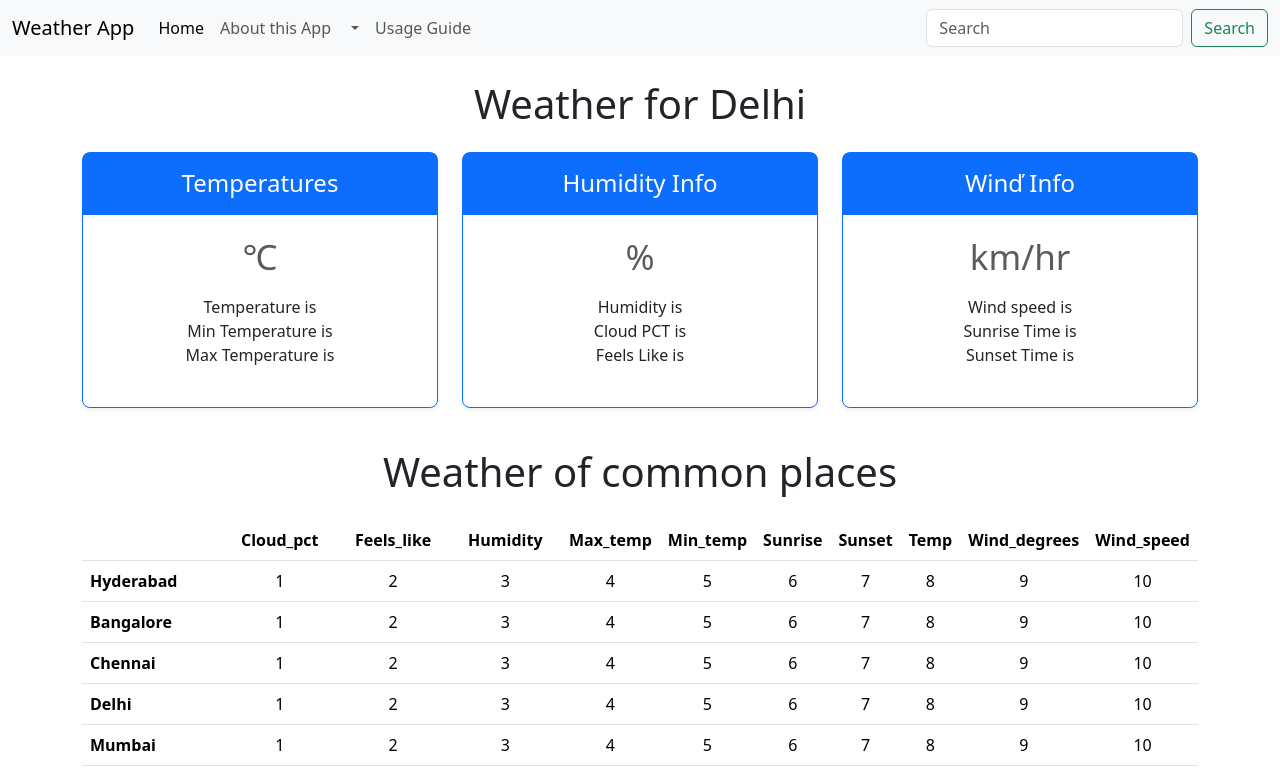
Repository: Abhilash2909/weather
Page: index.html
These files come from the project's save history. The page is drawn as it stood at one moment and after the next save; the edit follows.
The browser window is 1280 px wide. The pictures show the whole page.
The page's requests for data from a server got no answer.

Above is the page before, as saved 2024-02-11 17:09:52.

### index.html
<!doctype html>
<html lang="en">
  <head>
    <meta charset="utf-8">
    <meta name="viewport" content="width=device-width, initial-scale=1">
    <title>My Weather App</title>
    <link href="https://cdn.jsdelivr.net/npm/bootstrap@5.3.2/dist/css/bootstrap.min.css" rel="stylesheet" integrity="sha384-T3c6CoIi6uLrA9TneNEoa7RxnatzjcDSCmG1MXxSR1GAsXEV/Dwwykc2MPK8M2HN" crossorigin="anonymous">
  </head>
  <body>
    <nav class="navbar navbar-expand-lg bg-body-tertiary">
        <div class="container-fluid">
          <a class="navbar-brand" href="#">Weather App</a>
          <button class="navbar-toggler" type="button" data-bs-toggle="collapse" data-bs-target="#navbarSupportedContent" aria-controls="navbarSupportedContent" aria-expanded="false" aria-label="Toggle navigation">
            <span class="navbar-toggler-icon"></span>
          </button>
          <div class="collapse navbar-collapse" id="navbarSupportedContent">
            <ul class="navbar-nav me-auto mb-2 mb-lg-0">
              <li class="nav-item">
                <a class="nav-link active" aria-current="page" href="#">Home</a>
              </li>
              <li class="nav-item">
                <a class="nav-link" href="#">About this App</a>
              </li>
              <li class="nav-item dropdown">
                <a class="nav-link dropdown-toggle" href="#" role="button" data-bs-toggle="dropdown" aria-expanded="false">
                </a>
                <ul class="dropdown-menu">
                  <li><a class="dropdown-item" href="#">Delhi</a></li>
                  <li><a class="dropdown-item" href="#">Seattle</a></li>
                  <li><a class="dropdown-item" href="#">Bangalore</a></li>
                </ul>
              </li>
              <li class="nav-item">
                <a class="nav-link" aria-disabled="true">Usage Guide</a>
              </li>
            </ul>
            <form class="d-flex" role="search">
              <input id="city" class="form-control me-2" type="search" placeholder="Search" aria-label="Search">
              <button class="btn btn-outline-success" type="submit" id="submit">Search</button>
            </form>
          </div>
        </div>
      </nav>

      <div class="container">
        <main>
          <h1 class= "my-4 text-center">Weather for <span id="cityName"></span></h1>
          <div class="row row-cols-1 row-cols-md-3 mb-3 text-center">
          <div class="col">
            <div class="card mb-4 rounded-3 shadow-sm border-primary">
              <div class="card-header py-3 text-bg-primary border-primary">
                <h4 class="my-0 fw-normal">Temperatures</h4>
              </div>
              <div class="card-body">
                <h1 class="card-title pricing-card-title"><span id="temp2"></span><small class="text-body-secondary fw-light"></span><span>&#8451;</span></small></h1>
                <ul class="list-unstyled mt-3 mb-4">
                  <li>Temperature is <span id="temp" ></span></li>
                  <li>Min Temperature is <span id="min_temp" ></span></li>
                  <li>Max Temperature is <span id="max_temp" ></span></li>
                </ul>
                <!-- <button type="button" class="w-100 btn btn-lg btn-outline-primary">Sign up for free</button> -->
              </div>
            </div>
          </div>
          <div class="col">
            <div class="card mb-4 rounded-3 shadow-sm border-primary">
              <div class="card-header py-3 text-bg-primary border-primary">
                <h4 class="my-0 fw-normal">Humidity Info</h4>
              </div>
              <div class="card-body">
                <h1 class="card-title pricing-card-title"><span id="humidity2" ></span><small class="text-body-secondary fw-light">%</small></h1>
                <ul class="list-unstyled mt-3 mb-4">
                  <li>Humidity is <span id="humidity" ></span></li>
                  <li>Cloud PCT is <span id="cloud_pct" ></span></li>
                  <li>Feels Like is <span id="feels_like" ></span></li>
                </ul>
                <!-- <button type="button" class="w-100 btn btn-lg btn-primary">Get started</button> -->
              </div>
            </div>
          </div>

          <div class="col">
            <div class="card mb-4 rounded-3 shadow-sm border-primary">
              <div class="card-header py-3 text-bg-primary border-primary">
                <h4 class="my-0 fw-normal">Winď Info</h4>
              </div>
              <div class="card-body">
                <h1 class="card-title pricing-card-title"><span id="wind_speed2" ></span><small class="text-body-secondary fw-light">km/hr</small></h1>
                <ul class="list-unstyled mt-3 mb-4">
                  <li>Wind speed is <span id="wind_speed" ></span></li>
                  <li>Sunrise Time is <span id="sunrise" ></span></li>
                  <li>Sunset Time is <span id="sunset" ></span></li>
                  <!-- <li>Wind Degrees is <span id="wind_degrees" ></span></li> -->
                </ul>
                <!-- <button type="button" class="w-100 btn btn-lg btn-primary">Contact us</button> -->
              </div>
            </div>
          </div>
        </div>

        <h2 class="display-6 text-center mb-4">Weather of common places</h2>

        <div class="table-responsive">
          <table class="table text-center">
            <thead>
              <tr>
                <th style="width: 34%;">   </th>
                <th style="width: 22%;"> Cloud_pct </th>
                <th style="width: 22%;"> Feels_like </th>
                <th style="width: 22%;"> Humidity </th>
                <th style="width: 22%;"> Max_temp </th>
                <th style="width: 22%;"> Min_temp </th>
                <th style="width: 22%;"> Sunrise </th>
                <th style="width: 22%;"> Sunset </th>
                <th style="width: 22%;"> Temp </th>
                <th style="width: 22%;"> Wind_degrees </th>
                <th style="width: 22%;"> Wind_speed </th>
              </tr>
            </thead>
            <tbody>
              <tr>
                <th scope="row" class="text-start">Hyderabad</th>
                <td>1</td>
                <td>2</td>
                <td>3</td>
                <td>4</td>
                <td>5</td>
                <td>6</td>
                <td>7</td>
                <td>8</td>
                <td>9</td>
                <td>10</td>
              </tr>
              <tr>
                <th scope="row" class="text-start">Bangalore</th>
                <td>1</td>
                <td>2</td>
                <td>3</td>
                <td>4</td>
                <td>5</td>
                <td>6</td>
                <td>7</td>
                <td>8</td>
                <td>9</td>
                <td>10</td>
              </tr>
            </tbody>

            <tbody>
              <tr>
                <th scope="row" class="text-start">Chennai</th>
                <td>1</td>
                <td>2</td>
                <td>3</td>
                <td>4</td>
                <td>5</td>
                <td>6</td>
                <td>7</td>
                <td>8</td>
                <td>9</td>
                <td>10</td>
              </tr>
              <tr>
                <th scope="row" class="text-start">Delhi</th>
                <td>1</td>
                <td>2</td>
                <td>3</td>
                <td>4</td>
                <td>5</td>
                <td>6</td>
                <td>7</td>
                <td>8</td>
                <td>9</td>
                <td>10</td>
              </tr>
              <tr>
                <th scope="row" class="text-start">Mumbai</th>
                <td>1</td>
                <td>2</td>
                <td>3</td>
                <td>4</td>
                <td>5</td>
                <td>6</td>
                <td>7</td>
                <td>8</td>
                <td>9</td>
                <td>10</td>
              </tr>
            </tbody>
          </table>
        </div>
      </main></div>
    <script src="https://cdn.jsdelivr.net/npm/bootstrap@5.3.2/dist/js/bootstrap.bundle.min.js" integrity="sha384-C6RzsynM9kWDrMNeT87bh95OGNyZPhcTNXj1NW7RuBCsyN/o0jlpcV8Qyq46cDfL" crossorigin="anonymous"></script>
    <script src="script.js"></script>
</body>
</html>

### script.js

// const url = 'https://weather-by-api-ninjas.p.rapidapi.com/v1/weather?city=Seattle';
// const options = {
//     method: 'GET',
//     headers: {
//         'X-RapidAPI-Key': '9f5fc666cemsh950495f18781500p1999a7jsna0d8657b4aba',
//         'X-RapidAPI-Host': 'weather-by-api-ninjas.p.rapidapi.com'
//     }
// };

// async function fetchData() {
//     try {
//         const response = await fetch(url, options);
//         const result = await response.text();
//         console.log(result);
//     } catch (error) {
//         console.error(error);
//     }
// }

// fetchData();


// const url = 'https://weather-by-api-ninjas.p.rapidapi.com/v1/weather?city=Seattle';
// const options = {
// 	method: 'GET',
// 	headers: {
// 		'X-RapidAPI-Key': '9f5fc666cemsh950495f18781500p1999a7jsna0d8657b4aba',
// 		'X-RapidAPI-Host': 'weather-by-api-ninjas.p.rapidapi.com'
// 	}
// };

// try {
// 	const response = await fetch(url, options);
// 	const result = await response.text();
// 	console.log(result);
// } catch (error) {
// 	console.error(error);
// }



const options = {
    method: 'GET',
    headers: {
      'X-RapidAPI-Key': 'b45e96323fmshf5e4bc50d3b8a90p1e091djsnfb21cde4eb87',
      'X-RapidAPI-Host': 'weather-by-api-ninjas.p.rapidapi.com'
    }
  };
const getWeather = (city) => {
  cityName.innerHTML = city
  fetch('https://weather-by-api-ninjas.p.rapidapi.com/v1/weather?city=' + city, options)
    .then(response => response.json())
    .then((response) => {
      console.log(response)
      cloud_pct.innerHTML = response.cloud_pct
      temp.innerHTML = response.temp
      temp2.innerHTML = response.temp
      feels_like.innerHTML = response.feels_like
      humidity.innerHTML = response.humidity
      humidity2.innerHTML = response.humidity
      min_temp.innerHTML = response.min_temp
      max_temp.innerHTML = response.max_temp
      wind_speed.innerHTML = response.wind_speed
      wind_speed2.innerHTML = response.wind_speed
      wind_degrees.innerHTML = response.wind_degrees
      sunrise.innerHTML = response.sunrise
      sunset.innerHTML = response.sunset
    })
    .catch(error => console.error(error));
}

submit.addEventListener("click", (e)=>{
  e.preventDefault()
  getWeather(city.value)
})

getWeather("Delhi")

After the next save:
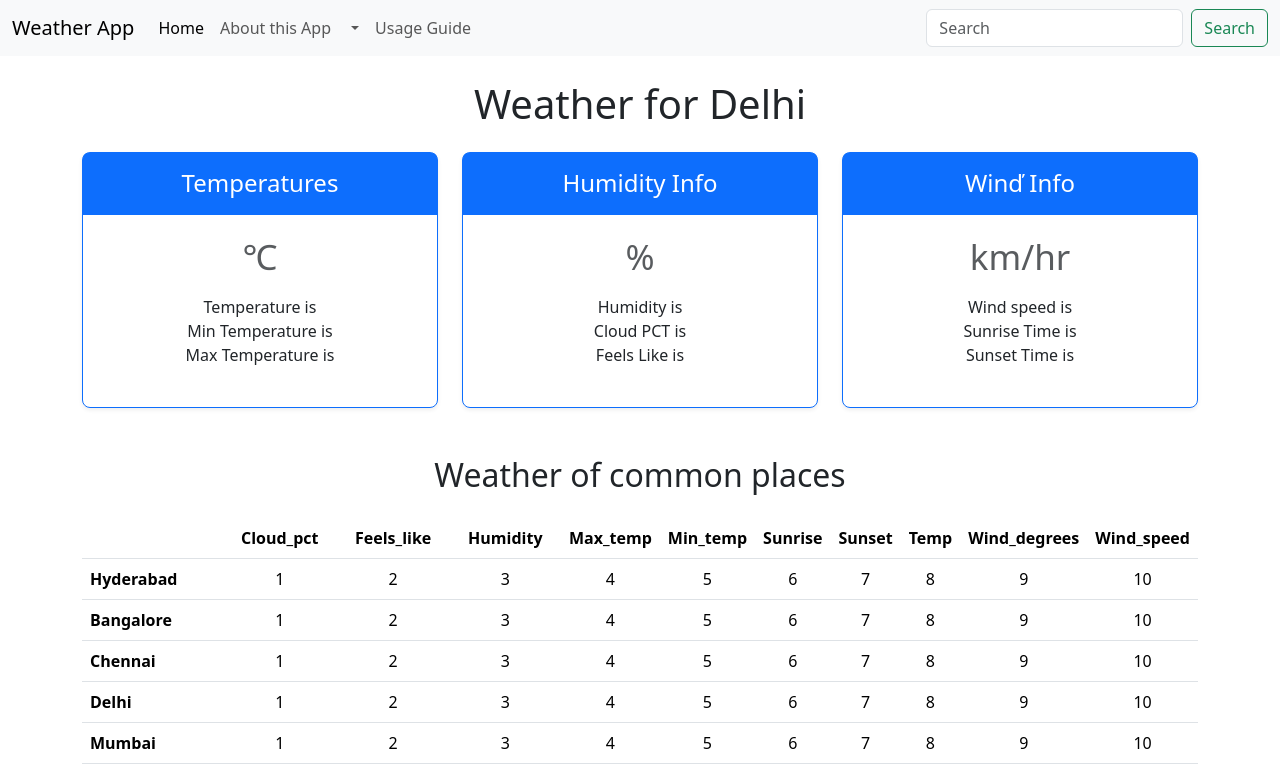
Saved 39 s later.
--- a/index.html
+++ b/index.html
@@ -98,7 +98,7 @@
           </div>
         </div>
 
-        <h2 class="display-6 text-center mb-4">Weather of common places</h2>
+        <h2 class="my-4 text-center">Weather of common places</h2>
 
         <div class="table-responsive">
           <table class="table text-center">
